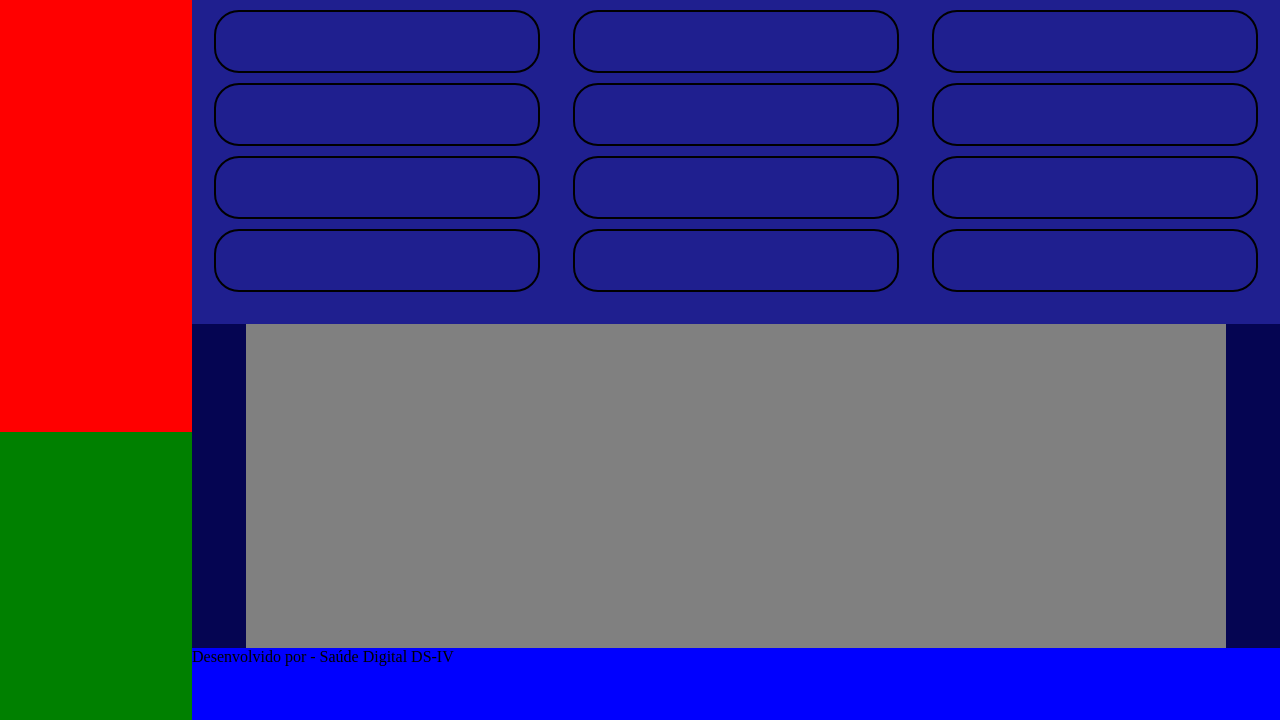
Repository: br-on/ddaf-chamados
Page: index.html
An editor plug-in stored every save of this project. The page is shown before and after the next save, followed by the edit.
The browser window is 1280 px wide. The pictures show the whole page.

Above is the page before, as saved 2025-01-19 20:41:27.

After the next save:
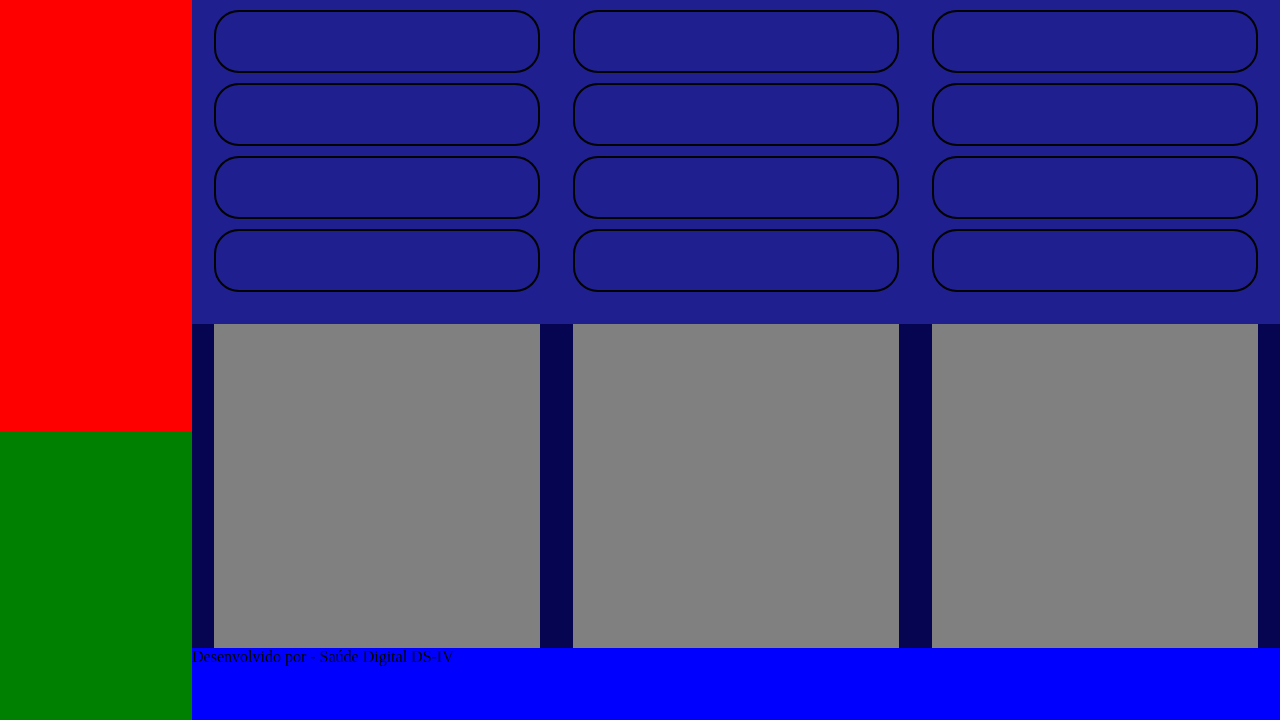
Saved 23 s later.
--- a/style.css
+++ b/style.css
@@ -38,6 +38,7 @@
     display: grid;
     justify-content: center;
     grid-template-columns: 30% 30% 30%;
+    column-gap: 3%
 }
 footer {
     height:10%;
